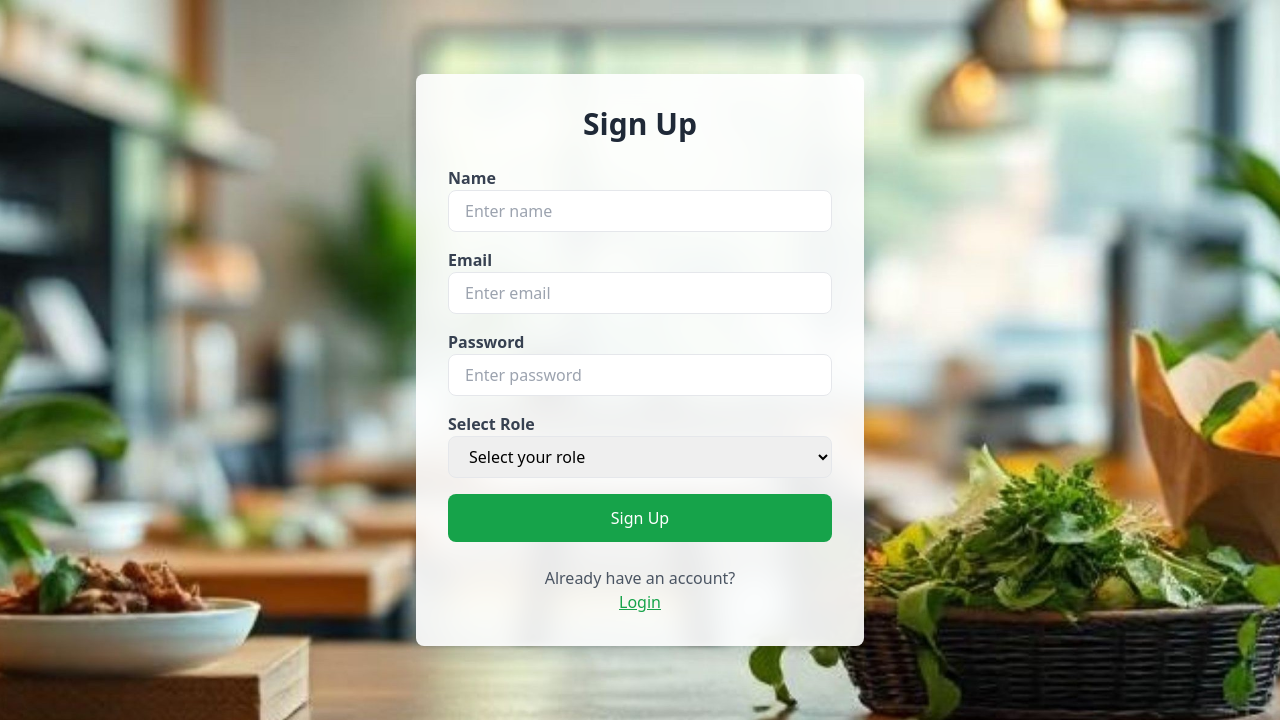
Repository: mahekagrawal25/restaurant-waste-management
Page: frontend/signup.html
These files come from the project's save history. The page is drawn as it stood at one moment and after the next save; the edit follows.
The browser window is 1280 px wide. The pictures show the whole page.
Some web libraries are served in a nearby version.

Above is the page before, as saved 2025-04-21 10:49:58.

After the next save:
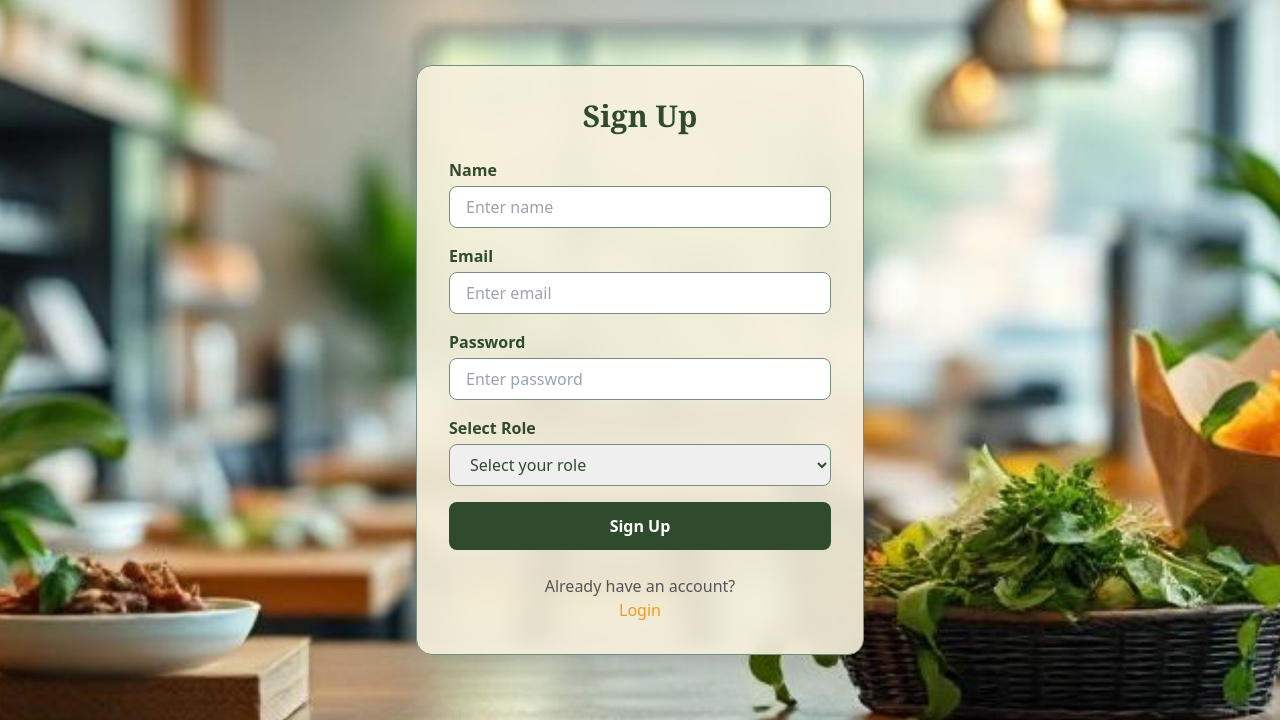
Saved 94 s later.
--- a/frontend/signup.html
+++ b/frontend/signup.html
@@ -1,70 +1,74 @@
 <!DOCTYPE html>
 <html lang="en">
 <head>
-    <meta charset="UTF-8">
-    <meta name="viewport" content="width=device-width, initial-scale=1.0">
-    <title>Sign Up | WasteRo</title>
-    <script src="https://cdn.tailwindcss.com"></script>
-    <style>
-        body {
-            background: url('./images/restro6.jpg') no-repeat center center/cover;
-            min-height: 100vh;
-        }
-    </style>
+  <meta charset="UTF-8" />
+  <meta name="viewport" content="width=device-width, initial-scale=1.0"/>
+  <title>Sign Up | WasteRo</title>
+  <script src="https://cdn.tailwindcss.com"></script>
+  <style>
+    body {
+      background: url('./images/restro6.jpg') no-repeat center center/cover;
+      min-height: 100vh;
+    }
+    .font-cambria {
+      font-family: Cambria, Cochin, Georgia, Times, 'Times New Roman', serif;
+    }
+  </style>
 </head>
-<body class="flex items-center justify-center">
+<body class="flex items-center justify-center text-[#2F4A2C]">
 
-    <div class="w-full max-w-md bg-white p-8 rounded-lg shadow-lg backdrop-blur-md bg-opacity-90">
-        <h2 class="text-3xl font-bold text-center text-gray-800">Sign Up</h2>
+  <div class="w-full max-w-md bg-[#F7F0DC] p-8 rounded-2xl shadow-2xl backdrop-blur-md bg-opacity-90 border border-[#788E7D]">
+    <h2 class="text-3xl font-bold text-center font-cambria mb-6">Sign Up</h2>
 
-        <form id="signupForm" class="mt-6">
+    <form id="signupForm" class="space-y-4">
 
-            <div class="mb-4">
-                <label class="block text-gray-700 font-semibold">Name</label>
-                <input type="text" id="username" name="username"
-                       class="w-full px-4 py-2 border rounded-lg focus:outline-none focus:ring-2 focus:ring-green-500"
-                       placeholder="Enter name" required>
-            </div>
+      <div>
+        <label class="block font-semibold mb-1">Name</label>
+        <input type="text" id="username" name="username"
+               class="w-full px-4 py-2 border rounded-lg border-[#788E7D] focus:outline-none focus:ring-2 focus:ring-[#2F4A2C]"
+               placeholder="Enter name" required>
+      </div>
 
-            <div class="mb-4">
-                <label class="block text-gray-700 font-semibold">Email</label>
-                <input type="email" id="email" name="email"
-                       class="w-full px-4 py-2 border rounded-lg focus:outline-none focus:ring-2 focus:ring-green-500"
-                       placeholder="Enter email" required>
-            </div>
+      <div>
+        <label class="block font-semibold mb-1">Email</label>
+        <input type="email" id="email" name="email"
+               class="w-full px-4 py-2 border rounded-lg border-[#788E7D] focus:outline-none focus:ring-2 focus:ring-[#2F4A2C]"
+               placeholder="Enter email" required>
+      </div>
 
-            <div class="mb-4">
-                <label class="block text-gray-700 font-semibold">Password</label>
-                <input type="password" id="password" name="password"
-                       class="w-full px-4 py-2 border rounded-lg focus:outline-none focus:ring-2 focus:ring-green-500"
-                       placeholder="Enter password" required>
-            </div>
+      <div>
+        <label class="block font-semibold mb-1">Password</label>
+        <input type="password" id="password" name="password"
+               class="w-full px-4 py-2 border rounded-lg border-[#788E7D] focus:outline-none focus:ring-2 focus:ring-[#2F4A2C]"
+               placeholder="Enter password" required>
+      </div>
 
-            <div class="mb-4">
-                <label for="role" class="block text-gray-700 font-semibold">Select Role</label>
-                <select id="role" name="role"
-                        class="w-full px-4 py-2 border rounded-lg focus:outline-none focus:ring-2 focus:ring-green-500" required>
-                    <option value="" disabled selected>Select your role</option>
-                    <option value="restaurant">Restaurant</option>
-                    <option value="ngo">NGO</option>
-                    <option value="waste_collector">Waste Collector</option>
-                    <option value="admin">Admin</option>
-                </select>
-            </div>
+      <div>
+        <label for="role" class="block font-semibold mb-1">Select Role</label>
+        <select id="role" name="role"
+                class="w-full px-4 py-2 border rounded-lg border-[#788E7D] text-[#2F4A2C] focus:outline-none focus:ring-2 focus:ring-[#2F4A2C]" required>
+          <option value="" disabled selected>Select your role</option>
+          <option value="restaurant">Restaurant</option>
+          <option value="ngo">NGO</option>
+          <option value="waste_collector">Waste Collector</option>
+          <option value="admin">Admin</option>
+        </select>
+      </div>
 
-            <button type="submit"
-                    class="w-full bg-green-600 text-white py-3 rounded-lg hover:bg-green-700 transition">
-                Sign Up
-            </button>
+      <button type="submit"
+              class="w-full bg-[#2F4A2C] text-white py-3 rounded-lg font-semibold hover:bg-[#9E5C30] transition duration-300">
+        Sign Up
+      </button>
 
-            <p id="signupMessage" class="mt-3 text-center text-sm text-red-500"></p>
-        </form>
+      <p id="signupMessage" class="text-center text-sm text-red-500 mt-1"></p>
+    </form>
 
-        <p class="mt-6 text-center text-gray-600">Already have an account?
-            <br><u><a href="index.html" class="text-green-600 hover:text-green-700">Login</a></u>
-        </p>
-    </div>
+    <p class="mt-6 text-center text-[#555]">
+      Already have an account? <br>
+      <a href="index.html" class="text-[#F5971D] font-medium hover:underline">Login</a>
+    </p>
+  </div>
 
-    <script src="script.js"></script>
+  <script src="script.js"></script>
 </body>
 </html>
